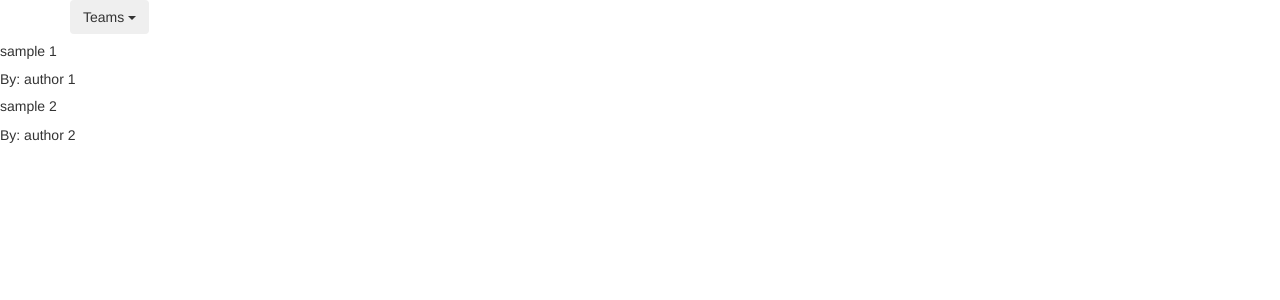
Repository: OlgaTavgen/hogwartsRepository
Page: hogwarts/hogwartsproject/src/main/webapp/home.html
An editor plug-in stored every save of this project. The page is shown before and after the next save, followed by the edit.
The browser window is 1280 px wide. The pictures show the whole page.
Some web libraries are served in a nearby version.

Above is the page before, as saved 2017-02-13 08:32:01.

After the next save:
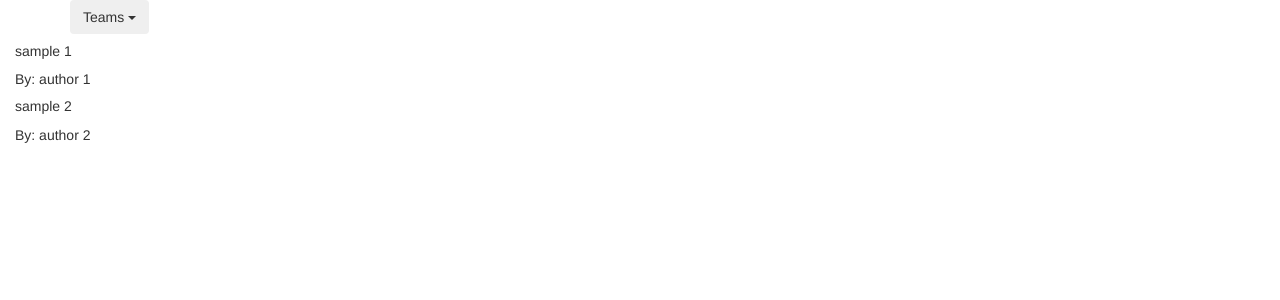
Saved 58 s later.
--- a/hogwarts/hogwartsproject/src/main/webapp/home.html
+++ b/hogwarts/hogwartsproject/src/main/webapp/home.html
@@ -40,7 +40,7 @@
 	</div>
 	</div>
 
-	<div class="form-group">
+	<div class="col-md-6">
 		 <h5>sample 1</h5>
  		 <p>By: author 1</p>
  		 <h5>sample 2</h5>
